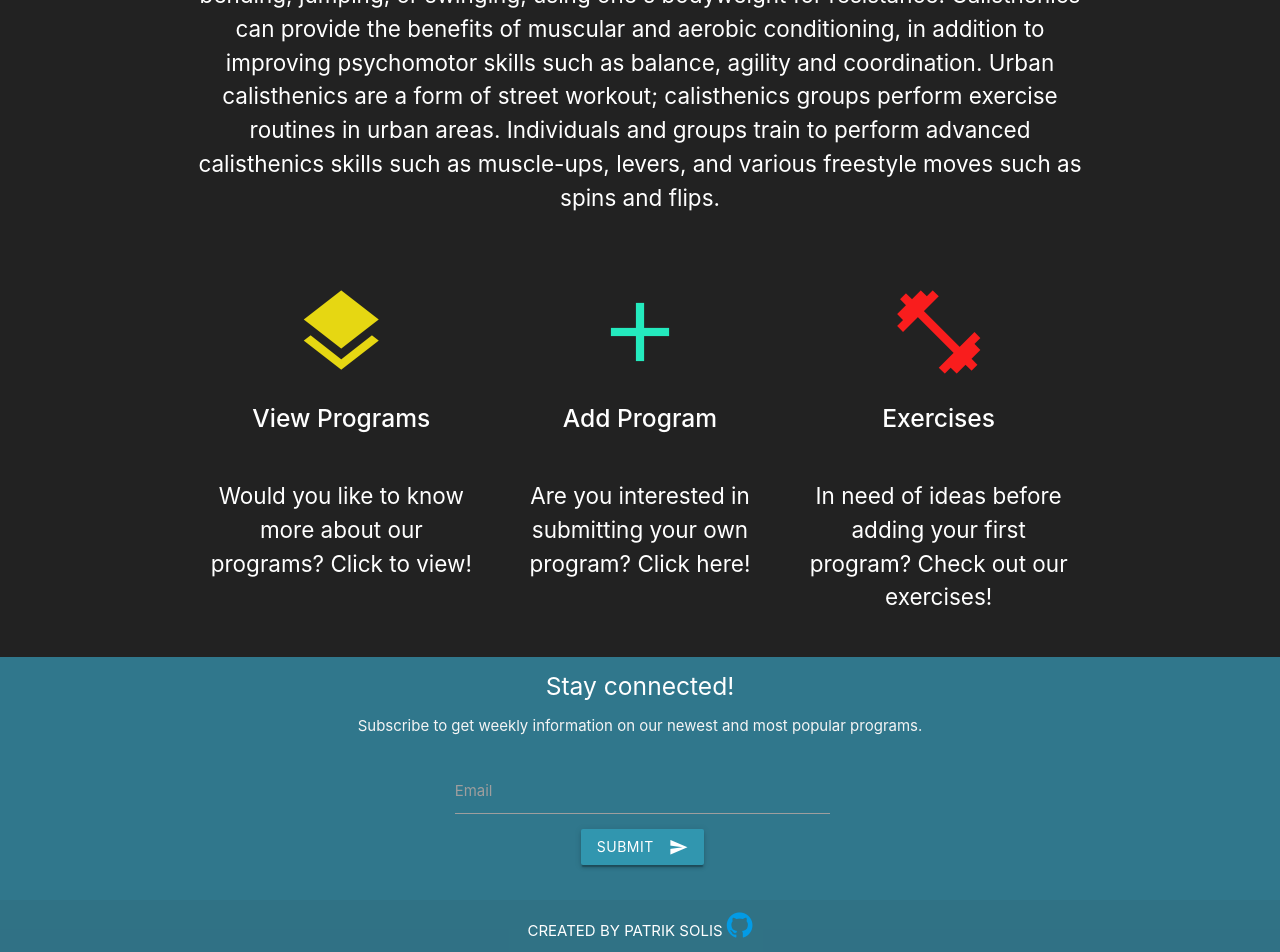
Repository: Ario124/calisthenics-project
Page: http://localhost/
The author's editor kept a record of every edit. The page is drawn from the files as they stood at one moment, then again after the next edit.
The browser window is 1280 px wide. The pictures show the part of the page from y = 1104 to 2056 px (the page is 2056 px tall).
The pointer rests on the first visible `.btn-colored`.
The page is served by the project's application, run on Flask 3 (app.py).

Above is the page before.

### templates/index.html
{% extends 'base.html' %} {% block content %}

<div class="video-container">
    <iframe src="///www.youtube.com/embed/FHBtLAvNGo4?start=14&end=103&controls=0&showinfo=0&rel=0&autoplay=1&loop=1&playlist=FHBtLAvNGo4&mute=1" frameborder="0" allowfullscreen></iframe>
</div>


<div class="container">
    <div class="col s12 center">
        <h2 class="center expert_title">What is Calisthenics?</h2>

        <p class="flow-text">
            Calisthenics is a form of exercise consisting of a variety of movements which exercise large muscle groups (gross motor movements), such as running, standing, grasping, pushing, etc. These exercises are often performed rhythmically and with minimal equipment,
            as bodyweight exercises.<span class="hide-on-med-and-down"> They are intended to increase strength, fitness and flexibility, through
                                    movements such as pulling, pushing, bending, jumping, or swinging, using one's bodyweight for resistance. Calisthenics can provide
                                    the benefits of muscular and aerobic conditioning, in addition to improving psychomotor skills such as balance, agility and coordination.

                                    Urban calisthenics are a form of street workout; calisthenics groups perform exercise routines in urban areas.
                                    Individuals and groups train to perform advanced calisthenics skills such as muscle-ups, levers, and various freestyle moves such as spins and flips.</span>

        </p>

        <ul class="hide-on-large-only collapsible">
            <li>
                <div class="collapsible-header"><i class="material-icons center-icon-read-more">info_outline</i>Read More</div>
                <div class="collapsible-body flow-text"><span>They are intended to increase strength, fitness and flexibility, through
                                    movements such as pulling, pushing, bending, jumping, or swinging, using one's bodyweight for resistance. Calisthenics can provide
                                    the benefits of muscular and aerobic conditioning, in addition to improving psychomotor skills such as balance, agility and coordination.

                                    Urban calisthenics are a form of street workout; calisthenics groups perform exercise routines in urban areas.
                                    Individuals and groups train to perform advanced calisthenics skills such as muscle-ups, levers, and various freestyle moves such as spins and flips.</span></div>
            </li>
        </ul>
    </div>
    <div class="center-align row">

        <div class="col s4">
            <div class="section">
            <a href="{{url_for('get_programs')}}"><i class="material-icons icon-size icon-color">layers</i></a>
            <h5><strong>View Programs</strong></h5></div>
            <p class="flow-text">Would you like to know more about our programs? Click to view!</p>
        </div>
        <div class="col s4">
            <div class="section">
            <a href="{{url_for('add_program')}}"> <i class="material-icons icon-size icon-color2">add</i></a>
            <h5><strong>Add Program</strong></h5></div>
            <p class="flow-text">Are you interested in submitting your own program? Click here!</p>
        </div>
        <div class="col s4">
            <div class="section">
            <a href="{{url_for('exercises')}}"> <i class="material-icons icon-size icon-exercises">fitness_center</i></a>
            <h5><strong>Exercises</strong></h5>
            </div>
            <p class="flow-text pad-this">In need of ideas before adding your first program? Check out our exercises!</p>
        </div>

    </div>
</div>

{% endblock %}

### templates/base.html
<!DOCTYPE html>
<html lang="en">
<head>
    <meta charset="UTF-8">
    <meta name="viewport" content="width=device-width, initial-scale=1, minimum-scale=1.0, maximum-scale=1.0">
    <link href="https://fonts.googleapis.com/icon?family=Material+Icons" rel="stylesheet">
    <link rel="stylesheet" href="https://cdnjs.cloudflare.com/ajax/libs/materialize/1.0.0/css/materialize.min.css">
    <link rel="stylesheet" href="{{url_for('static', filename="css/main.css")}}" type="text/css" />
    <link rel="stylesheet" href="https://maxcdn.bootstrapcdn.com/font-awesome/4.7.0/css/font-awesome.min.css" type="text/css" />

    <title>Calisthenics Project</title>
    <link rel="icon" href="https://d1ujqdpfgkvqfi.cloudfront.net/favicon-generator/htdocs/favicons/2019-09-19/50f3ab5b7a10e0ae0911c83435938cd6.ico.png">

</head>
<body>
    <header>

        <div id="navbar-test" class="navbar-fixed">
            <nav>
                <div class="nav-wrapper">
                    <a href="{{url_for('home')}}" class="brand-logo"><i class="material-icons nav-icon-pad">home</i></a>
                    <a href="{{url_for('home')}}" class="brand-logo center-align">Calisthenics</a>
                    <a href="#" data-target="mobile-demo" class="sidenav-trigger"><i class="material-icons">menu</i></a>
                    <ul class="right hide-on-med-and-down">
                        <li><a href="{{url_for('get_programs')}}">View Programs</a></li>
                        <li><a href="{{url_for('add_program')}}">Add Program</a></li>
                        <li><a href="{{url_for('exercises')}}">Exercises</a></li>
                        <li><a href="{{url_for('contact')}}">Contact Us</a></li>
                    </ul>
                </div>
            </nav>

            <ul class="sidenav" id="mobile-demo">
                <li><a class="sidenav-close" href="#!"><i class="material-icons">menu</i>Close</a></li>
                <li><a href="{{url_for('get_programs')}}">View Programs</a></li>
                <li><a href="{{url_for('add_program')}}">Add Program</a></li>
                <li><a href="{{url_for('exercises')}}">Exercises</a></li>
                <li><a href="{{url_for('contact')}}">Contact Us</a></li>
            </ul>
        </div>

    </header>



    {% block content %} {% endblock %}
    <script src="https://cdnjs.cloudflare.com/ajax/libs/materialize/1.0.0/js/materialize.min.js"></script>
    <script type="text/javascript">
        M.AutoInit()
    </script>
    <script>
        var prevScrollpos = window.pageYOffset;
        window.onscroll = function() {
            var currentScrollPos = window.pageYOffset;
            if (prevScrollpos > currentScrollPos) {
                document.getElementById("navbar-test").style.top = "0";
            }
            else {
                document.getElementById("navbar-test").style.top = "-70px";
            }
            prevScrollpos = currentScrollPos;
        }
    </script>

</body>
    <footer class="page-footer">
        <div class="container center-align">
            <div class="row">
                <div class="col s12">
                    <h5 class="white-text">Stay connected!</h5>
                    <p class="grey-text text-lighten-4">Subscribe to get weekly information on our newest and most popular programs.</p>
                    <div class="input-field inline">
                        <input id="email_inline" type="email" class="validate">
                        <label for="email_inline">Email</label>
                        <button class="btn waves-effect waves-light btn-colored" type="submit" name="action">Submit
                        <i class="material-icons right">send</i>
                      </button>
                    </div>
                </div>
            </div>
        </div>
        <div class="footer-copyright">
            <div class="container center-align">
                CREATED BY PATRIK SOLIS
                <a target="_blank" href="https://github.com/Ario124"><i class="fa fa-github fa-2x"></i></a>
            </div>
        </div>
    </footer>

</html>

### app.py
import os
from flask import Flask, render_template, redirect, request, url_for
from flask_pymongo import PyMongo
from bson.objectid import ObjectId

app = Flask(__name__)


app.config["MONGO_DBNAME"] = 'calisthenics-project'
app.config["MONGO_URI"] = 'mongodb+srv://root:pasol005@myfirstcluster-qno2b.mongodb.net/calisthenics?retryWrites=true&w=majority'


mongo = PyMongo(app)

@app.route('/')
@app.route('/home')
def home():
    return render_template('index.html')

@app.route('/add_program')
def add_program():
    return render_template('add_program.html', categories =mongo.db.categories.find(), difficulty =mongo.db.difficulty.find())


@app.route('/categories')
def categories():
    return render_template('categories.html')

@app.route('/contact')
def contact():
    return render_template('contact.html')

@app.route('/get_programs')
def get_programs():
    return render_template('programs.html',
        training_programs=mongo.db.training_programs.find(), description =mongo.db.description.find())


@app.route('/insert_program', methods=['POST'])
def insert_program():
    training_programs = mongo.db.training_programs
    training_programs.insert_one(request.form.to_dict())
    return redirect(url_for('get_programs'))

@app.route('/edit_program/<program_id>')
def edit_program(program_id):
    _program = mongo.db.training_programs.find_one({"_id": ObjectId(program_id)})
    _categories = mongo.db.categories.find()
    _difficulty = mongo.db.difficulty.find()
    category_list = [category for category in _categories]
    difficulty_list = [difficult for difficult in _difficulty]
    return render_template('edit_program.html', program = _program, categories = category_list, difficulties = difficulty_list)


@app.route('/update_program/<program_id>', methods=['POST'])
def update_program(program_id):
    training_programs = mongo.db.training_programs
    training_programs.update({'_id': ObjectId(program_id)},
    {
        'category_name':request.form.get('category_name'),
        'difficulty_level':request.form.get('difficulty_level'),
        'program_name':request.form.get('program_name'),
        'exercise':request.form.get('exercise'),
        'exercise2':request.form.get('exercise2'),
        'exercise3':request.form.get('exercise3'),
        'sets_amount':request.form.get('sets_amount'),
        'sets_amount2':request.form.get('sets_amount2'),
        'sets_amount3':request.form.get('sets_amount3'),
        'reps_amount':request.form.get('reps_amount'),
        'reps_amount2':request.form.get('reps_amount2'),
         'reps_amount3':request.form.get('reps_amount3'),
        'equipment_required':request.form.get('equipment_required'),
        'description':request.form.get('description')
    })
    return redirect(url_for('get_programs'))

@app.route('/add_exercise')
def add_exercise():
    return render_template('add_exercise.html')


@app.route('/delete_program/<program_id>')
def delete_program(program_id):
    mongo.db.training_programs.remove({'_id': ObjectId(program_id)})
    return redirect(url_for('get_programs'))


@app.route('/exercises')
def exercises():
    return render_template('exercises.html')

if __name__ == '__main__':
    app.run(host=os.environ.get('IP'),
            port=int(os.environ.get('PORT')),
            debug=True)

### static/css/main.css
nav {
    background-color: #1d1717f7;

}

.brand-logo {
    font-size: 40px;
}

.video-container iframe, .video-container object, .video-container embed {
    position: absolute;
    top: 0;
    left: 0;
    width: 100%;
    height: 100%;

}


.circle {
    width: 36%;
}

.video-container {
    bottom: 0px;
    z-index: -4;
}

.collapsible-header {
background-color: transparent;
}

.icon-size {
    font-size: 80px;
    margin-top:15px;
}

.contoo {
    background-color: #212525e8;
    color: orange;
}

.program-header {
    margin-top: 5px;
}

.colored-title {
    color: #e85a13;
}

.icon-color {
    color: #e6d712;
}

.icon-color2 {
    color: #24eabe;
}

.btn-colored {
    background-color: #006a84e0;
}

.btn-colored:hover {
    background-color: #3196af;
}

.img-test {
    background-image: url("/static/images/Pushups.jpg");
}

.icon-exercises {
    font-size: 80px;
    margin-top:15px;
    color: #f91d1d;
}

.expert_title {
    font-size: 40px;
    margin-bottom: 30px;
    margin-top: 30px;
}
body {
    background-color: #222;
    color: white;
}

nav .brand-logo i, .hoomee {
    font-size: 40px;
}

.select-dropdown {
    color: white;
}

.select-dropdown li.disabled>span {
    color: white;
}

.select-dropdown:focus {
    color:white;
}

input {
    color:white;


}

.container {
    color:white;
}

textarea.materialize-textarea {
    color:white;
}

.dropdown-content {
    background-color: #313131;
}

.dropdown-content li>span {
    color:white;
}

.select-wrapper .caret {
    fill:white
}

.sidenav-overlay {
    opacity: 0 !important;
    position: relative;
}

        .nav-icon-pad {
 padding-left:220px;

}


            .flow-text {
        font-size: 1rem;
    }

.pad-this {
    padding-top: 24px;
}

.page-footer {
    background-color: #1d1717f7;
    padding-top: 0px;
}


.center-icon-read-more {
    margin-left:29%;
}



.input-field.col .prefix ~ label {
    color: #e85a13;
    z-index: -3;
}









/* MEDIA QUERIES */



@media all and (min-width: 480px) and (max-width: 767px) {
    nav {
        background-color: #d0501ef7;
    }
            .flow-text {
        font-size: 2.1rem;
    }
}

@media all and (min-width: 768px) and (max-width: 1024px) {

    nav {
        background-color: #d01e1ef7;
    }

        .flow-text {
        font-size: 2.1rem;
    }

    .page-footer {
    background-color: #d01e1ef7;
    padding-top: 0px;
}

.center-icon-read-more {
    margin-left:40%;
}

.materialboxed {
    left:24%;
}

}


@media all and (min-width: 1024px) {

        nav .brand-logo {
            left: 43%;
        }

        nav {
            background-color: #317a90f7;
        }

            .page-footer {
    background-color: #317a90f7;
    padding-top: 0px;
}

        .nav-icon-pad {
 padding-left:190px;
}

            .flow-text {
        font-size: 1.5rem;
    }


.pad-this {
    padding-top: 0;
}

.video-container {
    bottom: 65px;
    z-index: -4;
}

.icon-size {
    font-size: 100px;
    margin-top:30px;
}
.icon-exercises {
    font-size: 100px;
    margin-top:30px;
}

.expert_title {
    font-size: 4.2rem;

}

}

After the next edit:
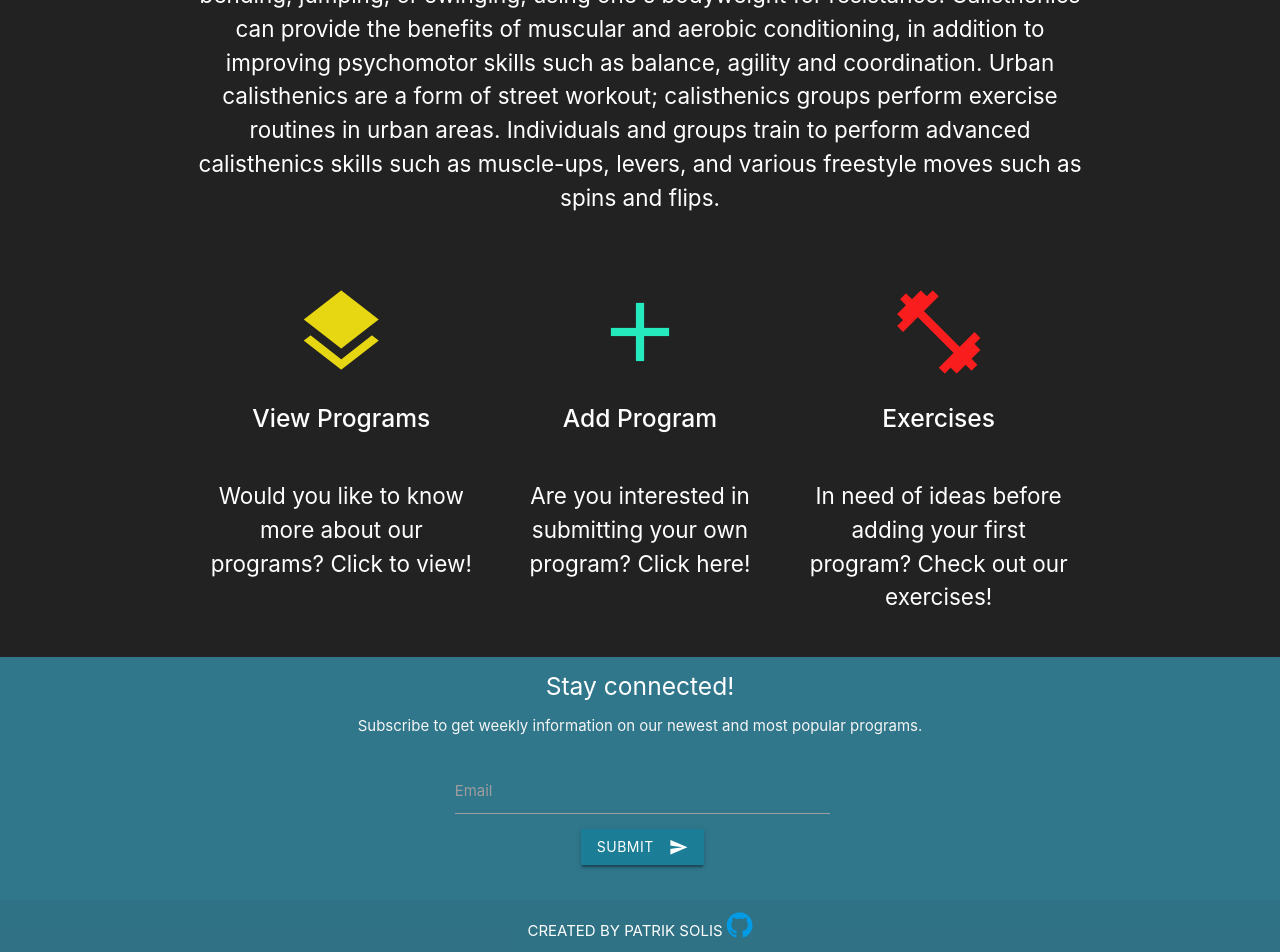
The edit:
--- a/static/css/main.css
+++ b/static/css/main.css
@@ -61,7 +61,7 @@
 }
 
 .btn-colored:hover {
-    background-color: #3196af;
+    background-color: #187f98e0;
 }
 
 .img-test {
